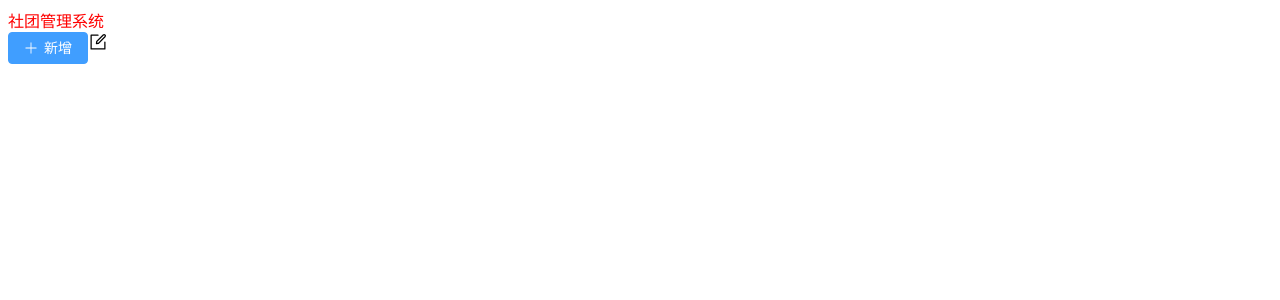
Repository: SanaatanX/Web-Engineering
Page: /home (app in 后台管理系统/team-admin/)
These files come from the project's save history. The page is drawn as it stood at one moment and after a run of saves; the edit follows.
The browser window is 1280 px wide. The pictures show the whole page.
The project was rebuilt for these pictures with package versions that can differ from the ones it lists, and the page was loaded fresh each time. Also part of the build but not shown: 后台管理系统/team-admin/vite.config.ts.

Above is the page before, as saved 2025-05-14 20:49:12.

### 后台管理系统/team-admin/src/main.ts
import { createApp } from 'vue'
import router from './router/index'
//引入element plus
import ElementPlus from 'element-plus'
import 'element-plus/dist/index.css'
import * as ElementPlusIconsVue from '@element-plus/icons-vue'
//记得注释
// import './style.css'
import App from './App.vue'
//引入Pinia构造函数
import { createPinia } from 'pinia'
// 实例化 Pinia
const pinia = createPinia()
// createApp(App).mount('#app')
const app = createApp(App);
app.use(ElementPlus).use(router).use(pinia).mount('#app')
//全局注册图标组件
for (const [key, component] of Object.entries(ElementPlusIconsVue)) {
    app.component(key, component)
}

### 后台管理系统/team-admin/src/router/index.ts
import { createRouter, createWebHistory, RouteRecordRaw } from 'vue-router'
import Layout from '@/components/HelloWorld.vue'

const routes: Array<RouteRecordRaw> = [
  {
    path: '/home',
    name: 'home',
    component: Layout
  }
]

const router = createRouter({
  history: createWebHistory(),
  routes
})

export default router

### 后台管理系统/team-admin/src/components/HelloWorld.vue
<script setup lang="ts">
import { ref } from 'vue'
</script>

<template>
  <div style="color: red;">社团管理系统</div>
  <el-button type="primary" icon="Plus" size="default">新增</el-button>
  <el-icon :size="20">
    <Edit />
  </el-icon>
</template>

<style scoped>
.read-the-docs {
  color: #888;
}
</style>

### 后台管理系统/team-admin/src/store/test/index.ts
import { defineStore } from 'pinia'
//定义store
export const testStore = defineStore('testStore', {
    state: () => {
        return {
            count: 0
        }
    },
    getters: {
        getCount(state) {
            return state.count
        }
    },
    actions: {
        setCount(count: number) {
            console.log(count)
            this.count = count;
        }
    }
})

Loaded but not shown: 后台管理系统/team-admin/index.html (common file); 后台管理系统/team-admin/src/App.vue (common file)

After the next 2 saves:
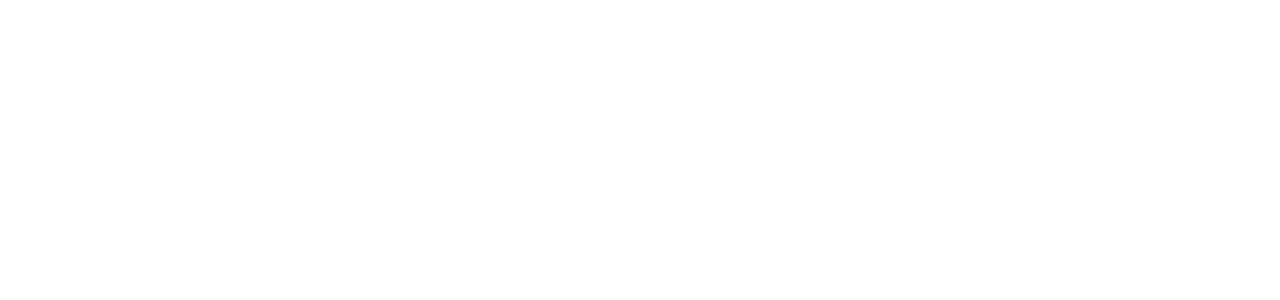
Console error: ReferenceError: testSotre is not defined
The 2 saves are shown as one change because 1 did not build or start.
The last was saved 96 s later.
--- a/后台管理系统/team-admin/src/components/HelloWorld.vue
+++ b/后台管理系统/team-admin/src/components/HelloWorld.vue
@@ -1,14 +1,33 @@
-<script setup lang="ts">
-import { ref } from 'vue'
-</script>
-
 <template>
   <div style="color: red;">社团管理系统</div>
-  <el-button type="primary" icon="Plus" size="default">新增</el-button>
+  <el-button @click="addBtn" type="primary" icon="Plus" size="default">新增</el-button>
   <el-icon :size="20">
     <Edit />
   </el-icon>
+  <div>{{ count }}</div>
+
 </template>
+
+<script setup lang="ts">
+import { computed, ref } from 'vue'
+import { testStore } from '@/store/test';
+//获取store
+const store = testSotre()
+//获取count值
+const count = computed(()=>{
+  return store.getCount
+})
+const addBtn = ()=>{
+  // store.setCount(++store.count)
+  // ++store.count
+  // store.$patch({
+  //   count:++store.count
+  // })
+  store.$patch((state)=>{
+    state.count = ++store.count
+  })
+}
+</script>
 
 <style scoped>
 .read-the-docs {

After the save that followed:
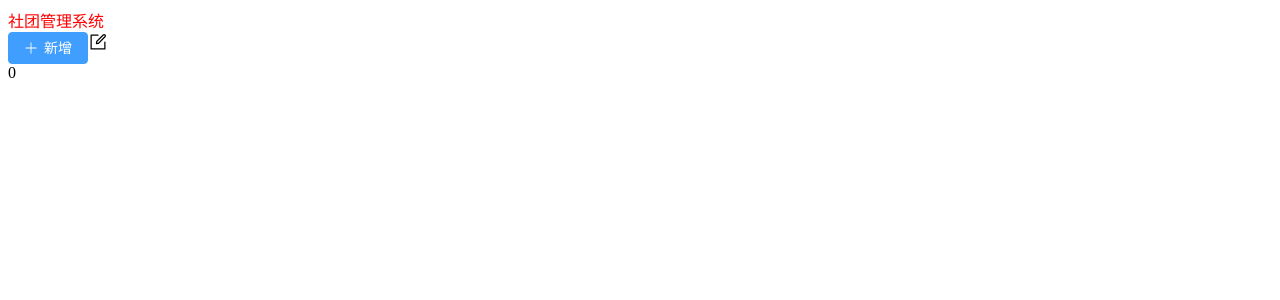
The error is gone.
Saved 4 s later.
--- a/后台管理系统/team-admin/src/components/HelloWorld.vue
+++ b/后台管理系统/team-admin/src/components/HelloWorld.vue
@@ -12,7 +12,7 @@
 import { computed, ref } from 'vue'
 import { testStore } from '@/store/test';
 //获取store
-const store = testSotre()
+const store = testStore()
 //获取count值
 const count = computed(()=>{
   return store.getCount
